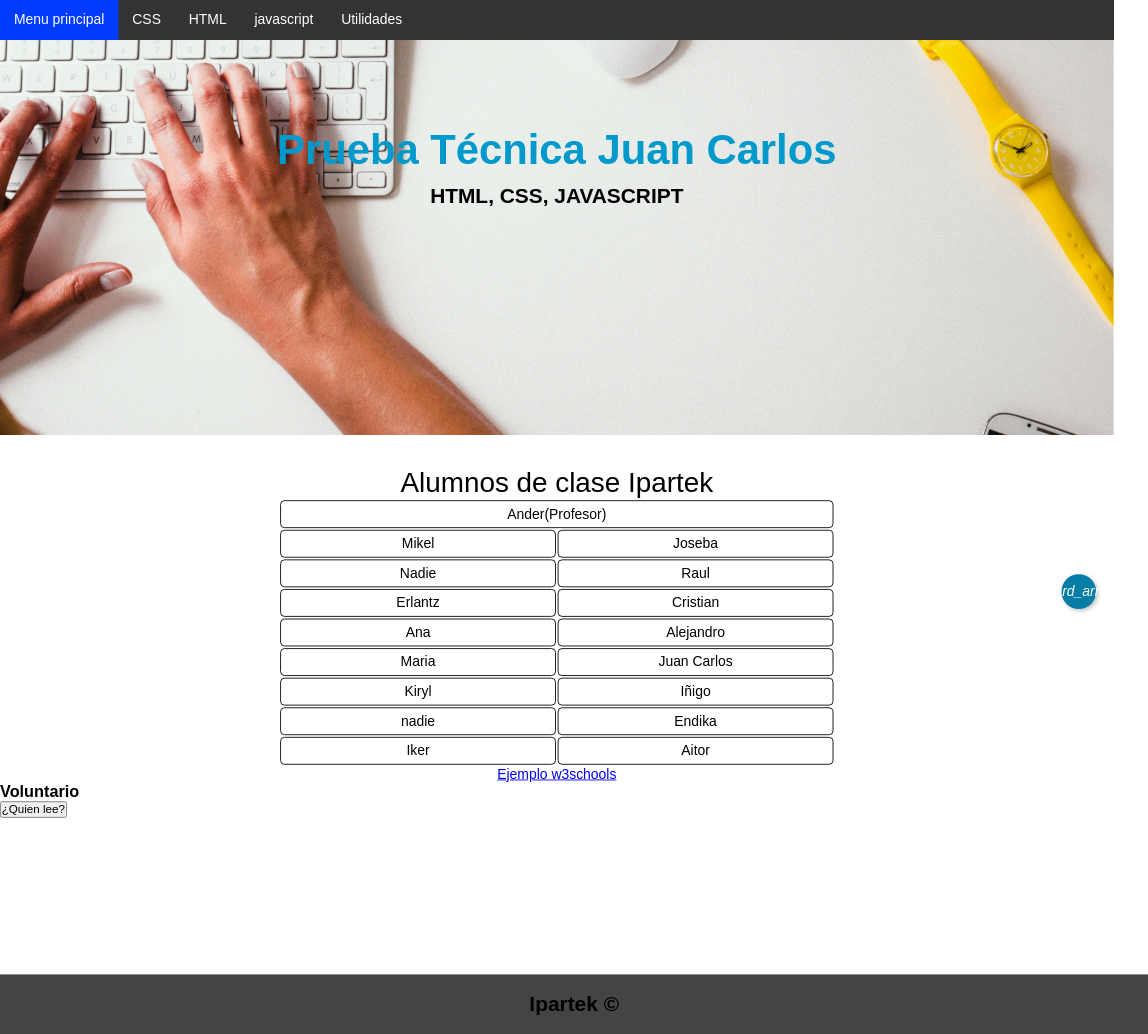
Repository: jcsanceledonio/java_2019_0396_2
Page: http://localhost/javaWebApp/
An editor plug-in stored every save of this project. The page is shown before and after the next save, followed by the edit.
The browser window is 1280 px wide. The page is 1320 px wide, so the pictures cover 1320 px, including what lies to the right of the window. The pictures show the whole page, at 87% of full size.
Backgrounds fixed to the window are drawn as part of the page. The page is served by Tomcat 9. Other server files are loaded and not shown.

Above is the page before, as saved 2019-11-20 09:33:38.

### javaWebApp/src/main/webapp/index.jsp
<%String titulo = "HelloWeb | inicio";%>

<%@include file="includes/header.jsp" %>
<%@include file="includes/navigation.jsp" %>

 <div class="parallax">
        <h1>Prueba Técnica Juan Carlos</h1>
        <h2>HTML, CSS, JAVASCRIPT</h2>
    </div>

    <main>
        <br>
        <div class="tabla">
            <table>
                <caption>Alumnos de clase Ipartek</caption>

                <i class="fas fa-eye"></i>
                <tr>
                    <td colspan="2">Ander(Profesor)</td>
                </tr>
                <tr>
                    <td>Mikel</td>
                    <td>Joseba</td>
                </tr>
                <tr>
                    <td>Nadie</td>
                    <td>Raul</td>
                </tr>
                <tr>
                    <td>Erlantz</td>
                    <td>Cristian</td>
                </tr>
                <tr>
                    <td>Ana</td>
                    <td>Alejandro</td>
                </tr>
                <tr>
                    <td>Maria</td>
                    <td>Juan Carlos</td>
                </tr>
                <tr>
                    <td>Kiryl</td>
                    <td>Iñigo</td>
                </tr>
                <tr>
                    <td>nadie</td>
                    <td>Endika</td>
                </tr>
                <tr>
                    <td>Iker</td>
                    <td>Aitor</td>
                </tr>

            </table>
            <a target="_blank" href="https://www.w3schools.com/html/tryit.asp?filename=tryhtml_table">Ejemplo
                w3schools</a>
        </div>
        <h3>Voluntario <span id="nombre"></span></h3>
        <button onclick="buscarVoluntario()">¿Quien lee?</button>

        <a id="btnUp" href="#"><i class="material-icons">
                keyboard_arrow_up
            </i></i></a>

    </main>

    <%@include file="includes/footer.jsp" %>

### javaWebApp/src/main/webapp/includes/header.jsp
<!DOCTYPE html> <!-- html5 -->
<html lang="es">

<head>
    <meta charset="UTF-8">
    <meta name="viewport" content="width=device-width, initial-scale=1.0">
    <meta http-equiv="X-UA-Compatible" content="ie=edge">
    <title><%=titulo%></title>
    <link href="https://fonts.googleapis.com/icon?family=Material+Icons" rel="stylesheet">
    <link rel="stylesheet" href="https://cdnjs.cloudflare.com/ajax/libs/font-awesome/4.7.0/css/font-awesome.min.css">

    <!-- <base href="/PruebaTecnica/"> -->
    <base href="/helloweb/">
    <!-- estilos -->
    <link rel="stylesheet" href="css/styles.css">

</head>

<body>

### javaWebApp/src/main/webapp/includes/navigation.jsp
 <header>
        <nav>
            <ul>
                <li><a href="#home">Menu principal</a></li>
                <li class="dropdown">
                    <a href="#" class="dropbtn">CSS</a>
                    <div class="dropdown-content">
                        <a href="ejemplos/css/animaciones.jsp">Animaciones</a>
                        <a href="ejemplos/css/basico.jsp">Basico</a>
                        <a href="ejemplos/css/especificidad.jsp">Especificidad</a>
                        <a href="ejemplos/css/avanzado.jsp">Avanzado</a>

                    </div>
                </li>
                <li class="dropdown">
                    <a href="#" class="dropbtn">HTML</a>
                    <div class="dropdown-content">
                        <a href="ejemplos/html/box-model.jsp">Visualizacion</a>
                        <a href="ejemplos/html/posicionamiento.jsp">Posicionamiento</a>
                        <a href="ejemplos/html/formulario.jsp">Formularios</a>
                        <a href="login.jsp">Login</a>
                    </div>
                </li>
                <li class="dropdown">
                    <a href="#" class="dropbtn">javascript</a>
                    <div class="dropdown-content">
                        <a href="ejemplos/js/game.jsp">Arkanoid</a>
                    </div>
                </li>
                <li class="dropdown">
                    <a href="#" class="dropbtn">Utilidades</a>
                    <div class="dropdown-content">
                        <a href="https://caniuse.com/">caniuse</a>
                    </div>
                </li>
            </ul>
        </nav>
    </header>

### javaWebApp/src/main/webapp/includes/footer.jsp
 <footer>
        <h2>Ipartek &copy</h2>
    </footer>

    <!-- javascript -->
    <script src="js/main.js"></script>
</body>

</html>

### javaWebApp/src/main/webapp/css/styles.css
/*
Hoja de estilos
esto es un comentario de bloque
@author: Juan Carlos
@version: 1.0
@tags: css, basic, etc...
@licencia mit
 */

* {
    margin: 0;
    padding: 0;
}

/*
orden CSS
1. Reset
2. @Keyframes
3. TODAS etiquetas estilos generales
4. Layouts
5. clases para reutilizar
6. cosas mas especificas como los ids
 */

body {
    font-size: 16px;
    font-family: Arial, Helvetica, sans-serif;
}

h1 {
    color: #0099CC;
    font-size: 3em;
    text-align: center;
}

h2 {
    text-align: center;
}

.tabla {
    background-color: white;
    text-align: center;
}

table {
    width: 50%;
    margin: auto;
}

table caption {
    font-size: 2em;
}

td {
    width: 50%;
    height: 30px;
    border: 1px solid #000;
    border-radius: 5px;
}

main {
    margin-bottom: 180px;
}

td:hover {
    background-color: rgb(24, 123, 236);
}

/* -------------------------------------- */

/* Formulario */

input[type="text"]:valid {
    color: green;
}

input[type="text"]:invalid {
    color: red;
}

/* /Fin formulario */

/* ----------------------------------------- */

.parallax {
    background-image: url(/helloweb/images/office.jpg);
    /* Create the parallax scrolling effect */
    height: 500px;
    background-attachment: fixed;
    background-position: center;
    background-repeat: no-repeat;
    background-size: cover;
}

.parallax h1 {
    padding-top: 3em;
}

.parallax h2 {
    padding-top: 0.5em;
}

nav {
    width: 100%;
    position: fixed;
}

nav ul {
    list-style-type: none;
    margin: 0;
    padding: 0;
    overflow: hidden;
    background-color: #333;
}

nav li {
    float: left;
}

nav li a, .dropbtn {
    display: inline-block;
    color: white;
    text-align: center;
    padding: 14px 16px;
    text-decoration: none;
}

nav li a:hover, .dropdown:hover .dropbtn {
    background-color: rgb(0, 60, 255);
}

nav li.dropdown {
    display: inline-block;
}

.dropdown-content {
    display: none;
    position: absolute;
    background-color: #f9f9f9;
    min-width: 160px;
    box-shadow: 0px 8px 16px 0px rgba(0, 0, 0, 0.2);
    z-index: 1;
}

.dropdown-content a {
    color: black;
    padding: 12px 16px;
    text-decoration: none;
    display: block;
    text-align: left;
}

.dropdown-content a:hover {
    background-color: #f1f1f1;
}

.dropdown:hover .dropdown-content {
    display: block;
}

footer {
    /*  position: fixed; */
    padding: 20px;
    bottom: 0;
    background-color: rgb(68, 68, 68);
    width: 100%;
}

#btnUp {
    width: 40px;
    height: 40px;
    display: flex;
    align-items: center;
    justify-content: center;
    background: rgb(5, 125, 165);
    border-radius: 50%;
    text-decoration: none;
    color: white;
    box-shadow: 2px 2px 5px rgba(0, 0, 0, 0.25);
    position: fixed;
    right: 20px;
    bottom: 20px;
    transition: background 0.25s;
}

#btnUp:active {
    background: rgb(4, 80, 105);
}

### javaWebApp/src/main/webapp/js/main.js
//Comentario de linea
/*
    Comentario de bloque
*/
/**
 *  Comentario de bloque para documentar
 */

console.trace('Esto es una traza de log');
console.info('Para informar de cosas');
var a = 2;
console.debug('La variable a=' + a);
//console.warn('alerta');
//console.error('Error en la conexion de al servidor');

function buscarVoluntario() {

    var personas = ["Juan", "Pepe", "Luis"];
    //console.trace('click buscaVoluntario');

    document.getElementById("nombre").innerHTML = personas[Math.floor(Math.random() * personas.length)];

    //document.getElementById('nombre').innerHTML = "Ander";
}

After the next save:
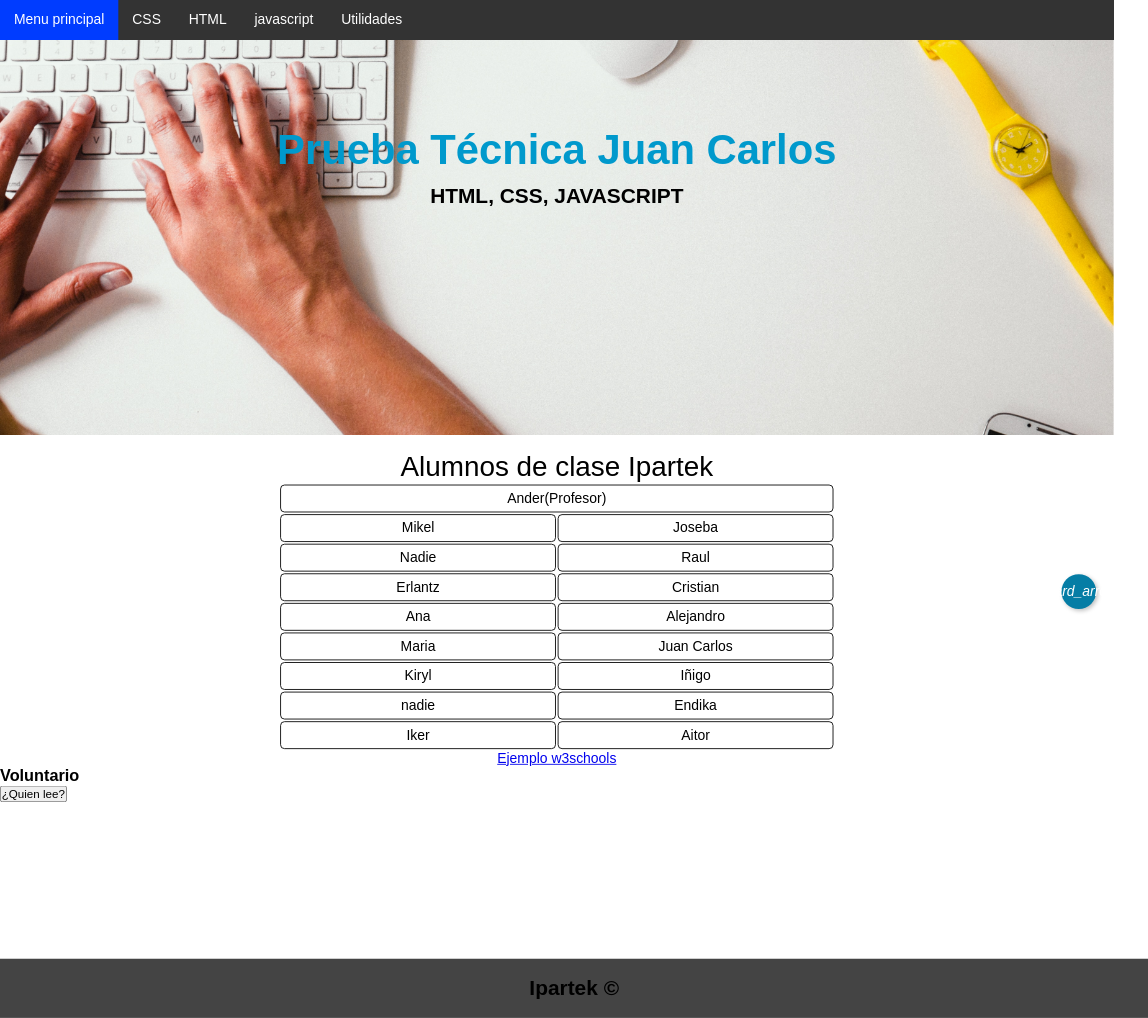
Saved 3 min 31 s later.
--- a/javaWebApp/src/main/webapp/index.jsp
+++ b/javaWebApp/src/main/webapp/index.jsp
@@ -14,7 +14,6 @@
             <table>
                 <caption>Alumnos de clase Ipartek</caption>
 
-                <i class="fas fa-eye"></i>
                 <tr>
                     <td colspan="2">Ander(Profesor)</td>
                 </tr>
@@ -55,7 +54,7 @@
             <a target="_blank" href="https://www.w3schools.com/html/tryit.asp?filename=tryhtml_table">Ejemplo
                 w3schools</a>
         </div>
-        <h3>Voluntario <span id="nombre"></span></h3>
+        <h3>Voluntario <span id="nombre">    <i class="fas fa-eye"></i> </span></h3>
         <button onclick="buscarVoluntario()">¿Quien lee?</button>
 
         <a id="btnUp" href="#"><i class="material-icons">
